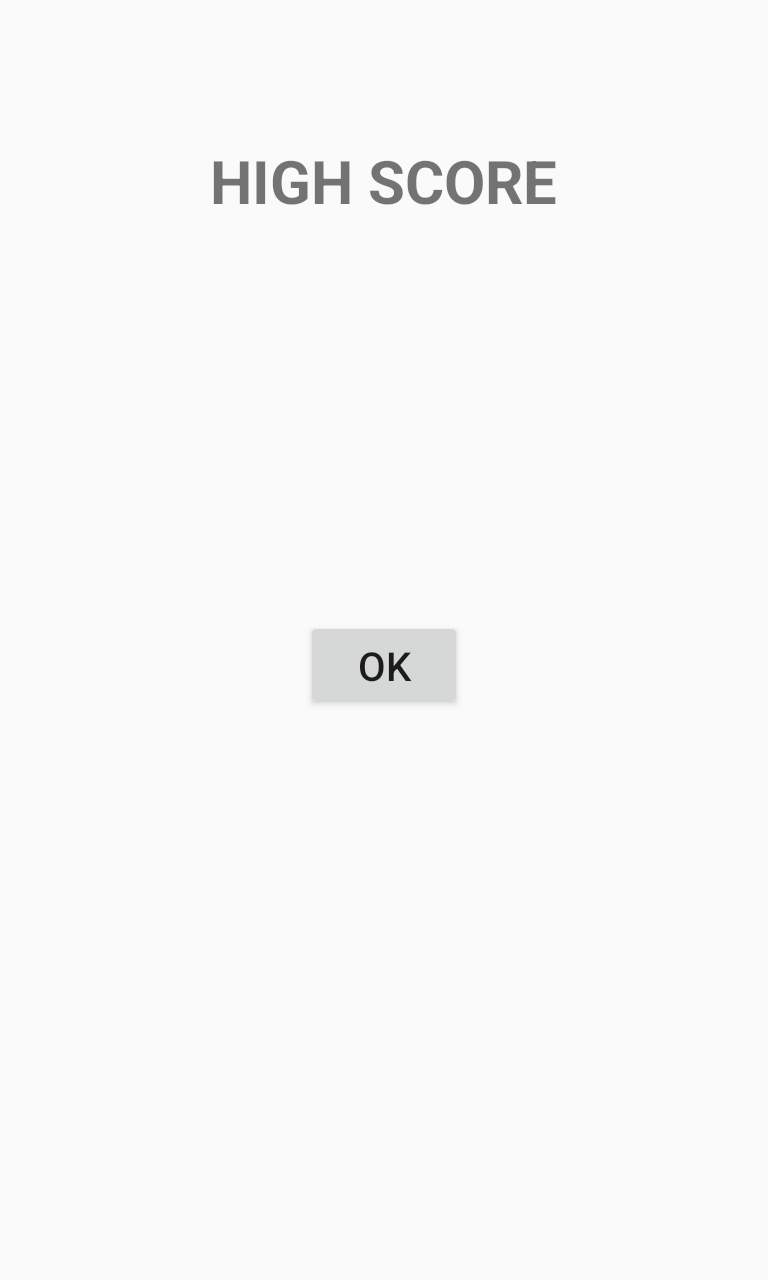
Repository: JoanneCaroll/Mathbomb
Layout: MathBomb/res/layout/activity_highscore.xml
These files come from the project's save history. The layout is drawn as it stood at one moment and after the next save; the edit follows.
It is drawn on a 768 x 1280 px phone screen (xhdpi) without system bars, with theme AppTheme; the app's code is not run.

Above is the layout before, as saved 2014-11-13 04:29:25.

After the next save:
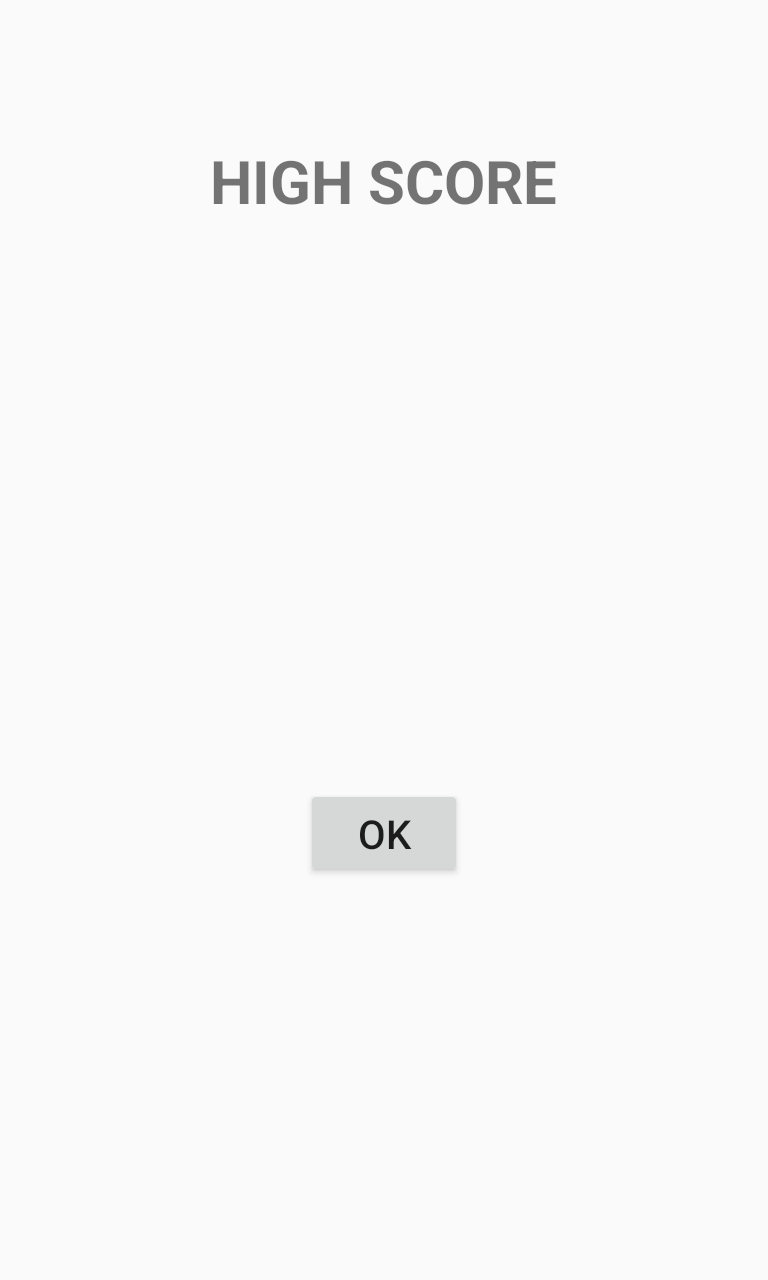
Saved 19 min 23 s later.
--- a/MathBomb/res/layout/activity_highscore.xml
+++ b/MathBomb/res/layout/activity_highscore.xml
@@ -77,6 +77,36 @@
 
    </LinearLayout>
 
+    <TextView
+        android:layout_gravity="center"
+        android:id="@+id/hard"
+            android:layout_width="wrap_content"
+            android:layout_height="wrap_content"
+            android:textSize="20dp"
+            android:textStyle="bold"
+            android:paddingBottom="10dp"/>
+    <LinearLayout
+        android:layout_width="match_parent"
+        android:layout_height="wrap_content"
+        android:orientation="horizontal"
+        android:gravity="center"
+        android:paddingBottom="10dp" >
+
+        <TextView
+            android:id="@+id/hardscore"
+            android:layout_width="wrap_content"
+            android:layout_height="wrap_content"
+            android:textSize="20dp"
+            android:paddingRight="50dp" />
+        <TextView
+            android:id="@+id/harddate"
+            android:layout_width="wrap_content"
+            android:layout_height="wrap_content"
+            android:textSize="20dp"
+            android:padding="5dp" />
+
+   </LinearLayout>
+
    <Button
         android:layout_gravity="center"
        	android:id="@+id/ok_highscore"
